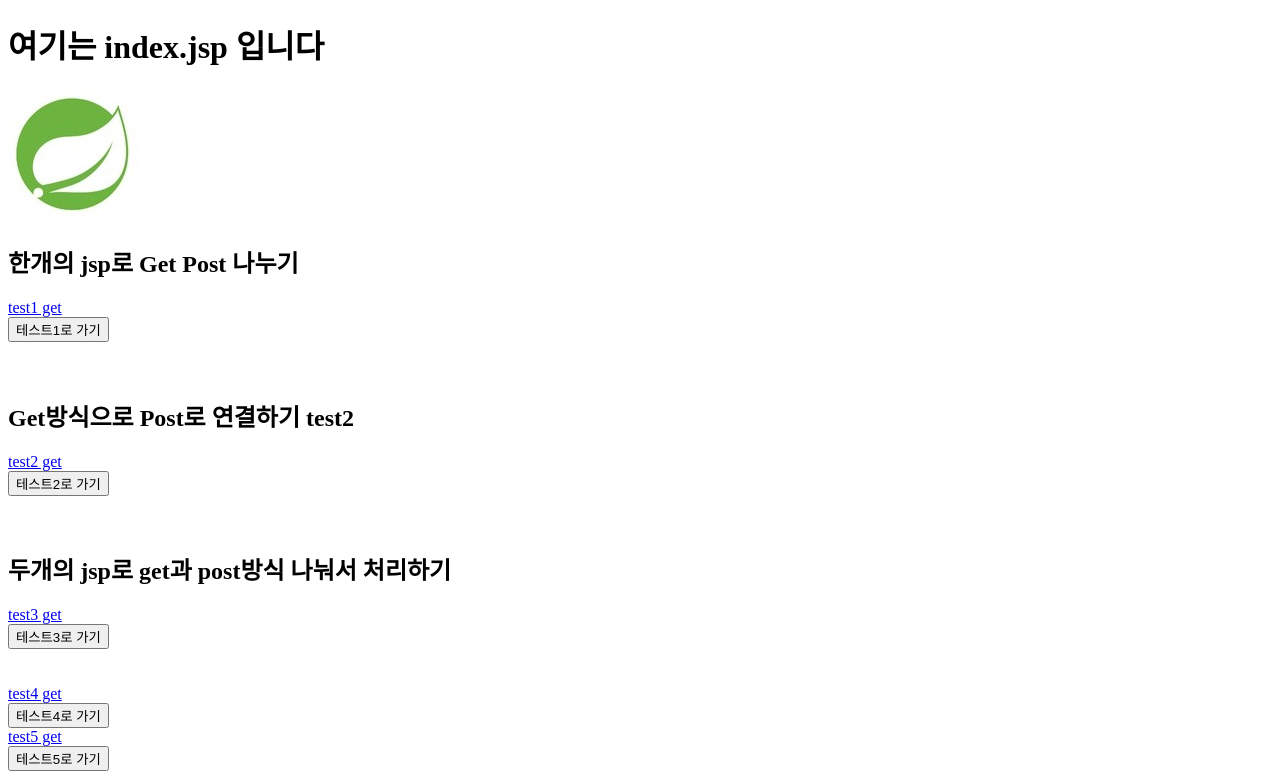
Repository: nxx5xxx/spring
Page: http://localhost/RequestMethod/WEB-INF/views/index.jsp
These files come from the project's save history. The page is drawn as it stood at one moment and after the next save; the edit follows.
The browser window is 1280 px wide. The pictures show the whole page.
The page is served by Tomcat 9. Nobody is signed in. Other server files are loaded and not shown. The template is opened directly, without the code that normally fills it, so the values that code supplies are empty.

Above is the page before, as saved 2023-06-05 05:48:03.

### RequestMethod/WebContent/WEB-INF/views/index.jsp
<%@ page language="java" contentType="text/html; charset=UTF-8"
    pageEncoding="UTF-8"%>
<!DOCTYPE html>
<html>
<head>
<meta charset="UTF-8">
<title>Insert title here</title>
</head>
<body>
	<h1>여기는 index.jsp 입니다</h1>
	<img src="image/spring_logo.jpg"><br>

	<h2> 한개의 jsp로 Get Post 나누기</h2>
	<a href="test1">test1 get</a><br>
	<form action="test1" method="post">
	<input type="submit" value="테스트1로 가기">
	</form>
	<br><br>

	<h2> Get방식으로 Post로 연결하기 test2</h2>
	<a href="test2">test2 get</a><br>
	<form action="test2" method="post">
	<input type="submit" value="테스트2로 가기">
	</form>
	<br><br>

	<h2> 두개의 jsp로 get과 post방식 나눠서 처리하기 </h2>
	<a href="test3">test3 get</a><br>
	<form action="test3" method="post">
	<input type="submit" value="테스트3로 가기">
	</form>
	<br><br>

	<a href="test4">test4 get</a><br>
	<form action="test4" method="post">
	<input type="submit" value="테스트4로 가기">
	</form>

	<a href="test5">test5 get</a><br>
	<form action="test5" method="post">
	<input type="submit" value="테스트5로 가기">
	</form>
</body>
</html>

After the next save:
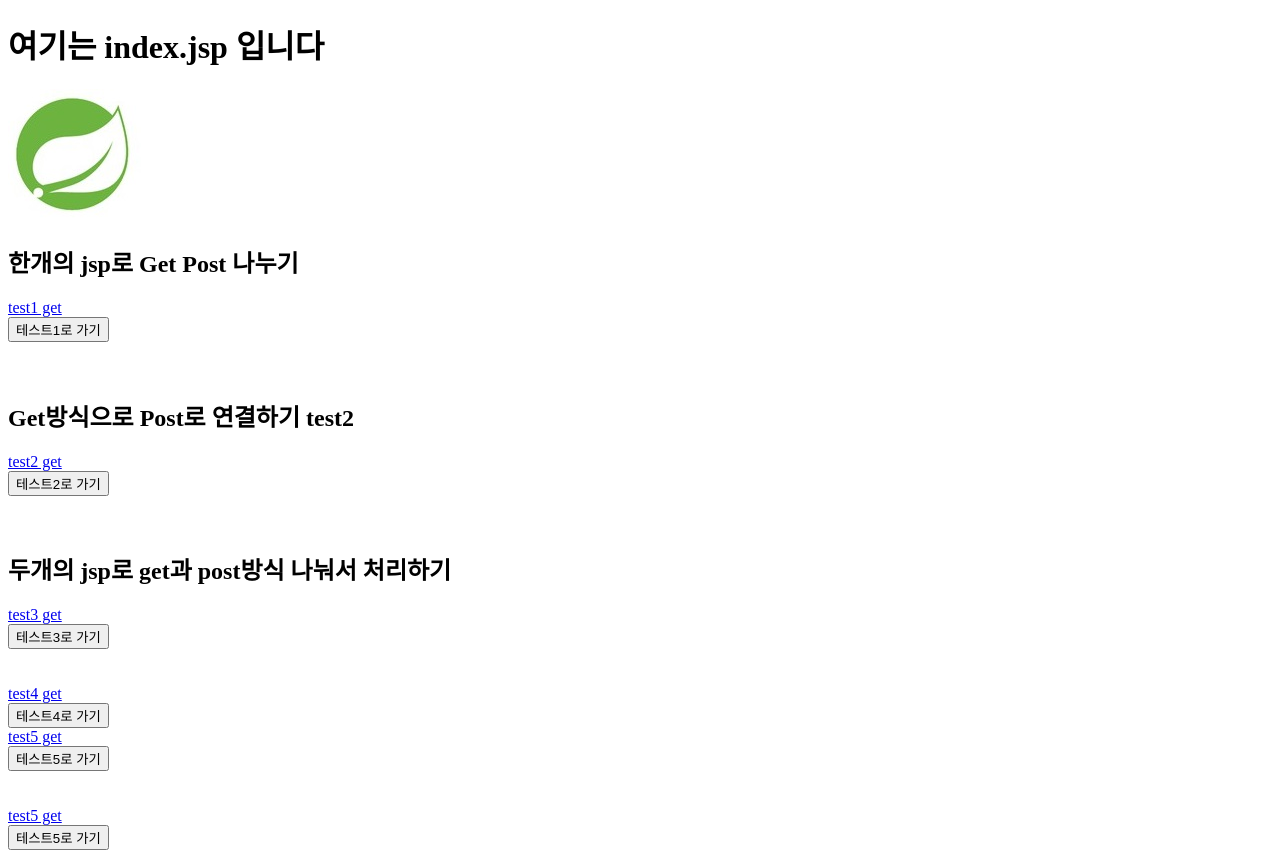
Saved 25 s later.
--- a/RequestMethod/WebContent/WEB-INF/views/index.jsp
+++ b/RequestMethod/WebContent/WEB-INF/views/index.jsp
@@ -40,5 +40,11 @@
 	<form action="test5" method="post">
 	<input type="submit" value="테스트5로 가기">
 	</form>
+	<br><br>
+
+	<a href="test5">test5 get</a><br>
+	<form action="test5" method="post">
+	<input type="submit" value="테스트5로 가기">
+	</form>
 </body>
 </html>
